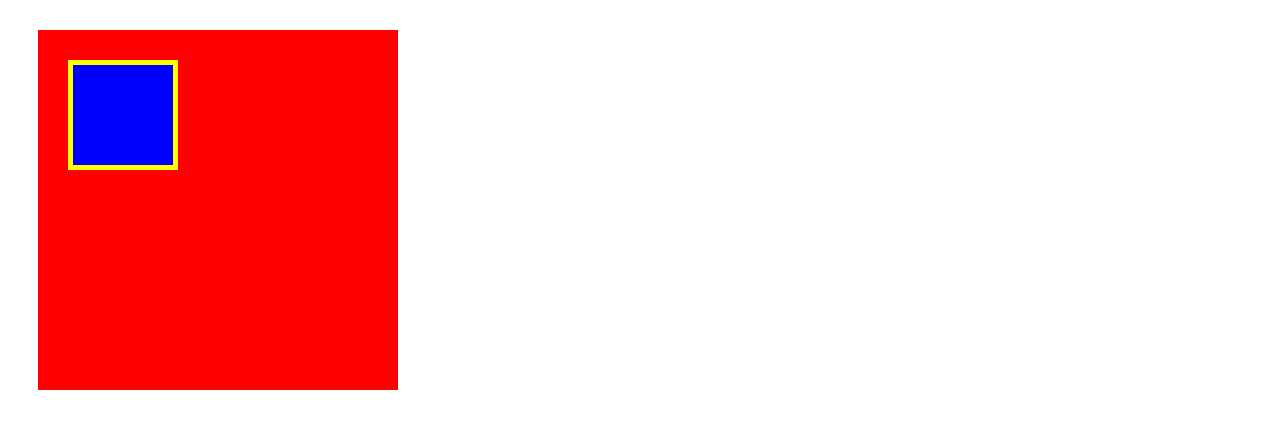
Repository: satougenki/ennsyuu6
Page: box/box.html
The author's editor kept a record of every edit. The page is drawn from the files as they stood at one moment, then again after the next edit.
The browser window is 1280 px wide. The pictures show the whole page.

Above is the page before.

After the next edit:
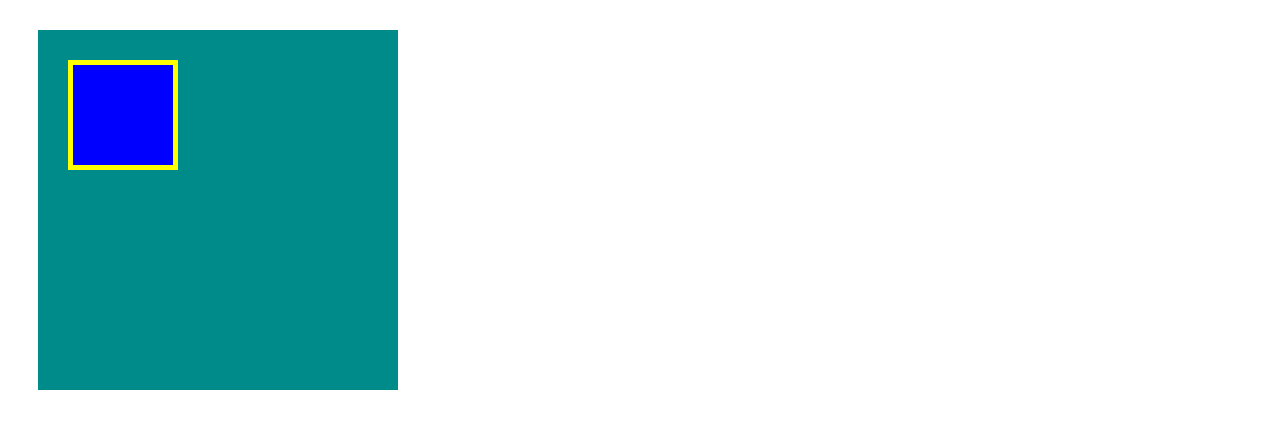
The edit:
--- a/box/box.css
+++ b/box/box.css
@@ -1,7 +1,7 @@
 .box1 {
   width: 300px;
   height: 300px;
-  background-color:red;
+  background-color: #008b8b;
   margin: 30px;
   padding: 30px;
 }
